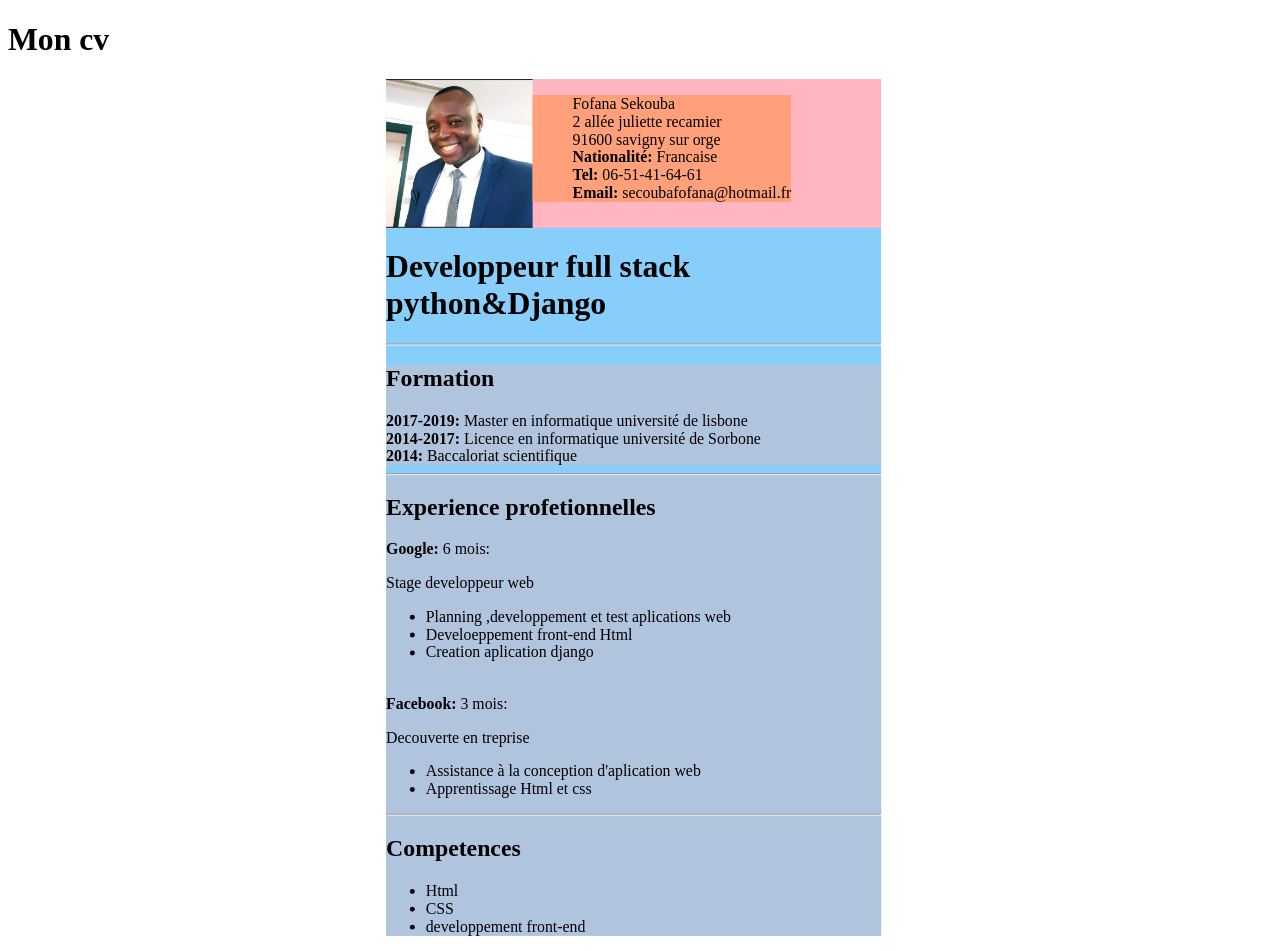
Repository: lamdakara/cv-html
Page: index.html
The author's editor kept a copy of each file at every save. The page is drawn from the files as they stood at one save, then again after the next save.
The browser window is 1280 px wide. The pictures show the whole page, at 99% of full size.
Some web libraries are served in a nearby version.

Above is the page before, as saved 2023-08-26 14:01:09.

### index.html
<!DOCTYPE html>
<html lang="fr">
<head>
    <meta charset="UTF-8">
    <meta name="viewport" content="width=device-width, initial-scale=1.0">
    <title>Cv-html-Sekouba</title>
    <link rel="stylesheet" href="/css/style.css">
    <script src="https://kit.fontawesome.com/30d425bcaa.js" crossorigin="anonymous"></script>
</head>
<body>
    <h1>Mon cv</h1>
    <div class="contenu">
    <div class="details">
        <img src="profil.jpg/1661794008238.jpg" alt="image de profil">
    <ul class="liste-details">
        <li>Fofana Sekouba</li>
        <li>2 allée juliette recamier <br>91600 savigny sur orge </li>
        <li><strong>Nationalité:</strong> Francaise</li>
        <li><strong>Tel:</strong> 06-51-41-64-61</li>
        <li><strong>Email:</strong> secoubafofana@hotmail.fr</li>
    </ul>
</div>
    <!-- titre h1 -->
    <h1>Developpeur full stack  <br> python&Django</h1>

    <hr>
    <div class="cv-section">
    <h2>Formation</h2>
    <strong>2017-2019:</strong>
    <span>Master en informatique université de lisbone</span>

    <br>

    <strong>2014-2017:</strong>
    <span>Licence en informatique université de Sorbone</span>

    <br>

    <strong>2014:</strong>
    <span>Baccaloriat scientifique</span>

    </div>
    <div class="cv-section">
    <hr>
    <div>
    <h2>Experience profetionnelles</h2>
    <strong>Google:</strong>
    <span>6 mois:</span>
    <p>Stage developpeur web</p>
    <ul>
        <li>Planning ,developpement et test aplications web</li>
        <li>Develoeppement front-end Html</li>
        <li>Creation aplication django</li>
    </ul>
    <br>

    </div>

    <strong>Facebook:</strong>
    <span>3 mois:</span>
    <p>Decouverte en treprise</p>
    <ul>
        <li>Assistance à la conception d'aplication web</li>
        <li>Apprentissage Html et css </li>

    </ul>

 <div class="cv-section">
    <hr>

    <h2>Competences</h2>
    <ul>
        <li>Html</li>
        <li>CSS</li>
        <li>developpement front-end</li>
    </ul>
</div>
</div>
</body>
</html>

### css/style.css
.contenu{
    width: 500px;
    margin: 10px auto;
    background-color: lightskyblue;
}

.details{
    background-color:lightpink;
    height: 150px;
}
.details img {
    float: left;

    height: 150px;
}
.liste-details{
    background-color: lightsalmon;
    float: left;
    list-style: none;
}
.cv-section{
    background-color: lightsteelblue;
}

After the next save:
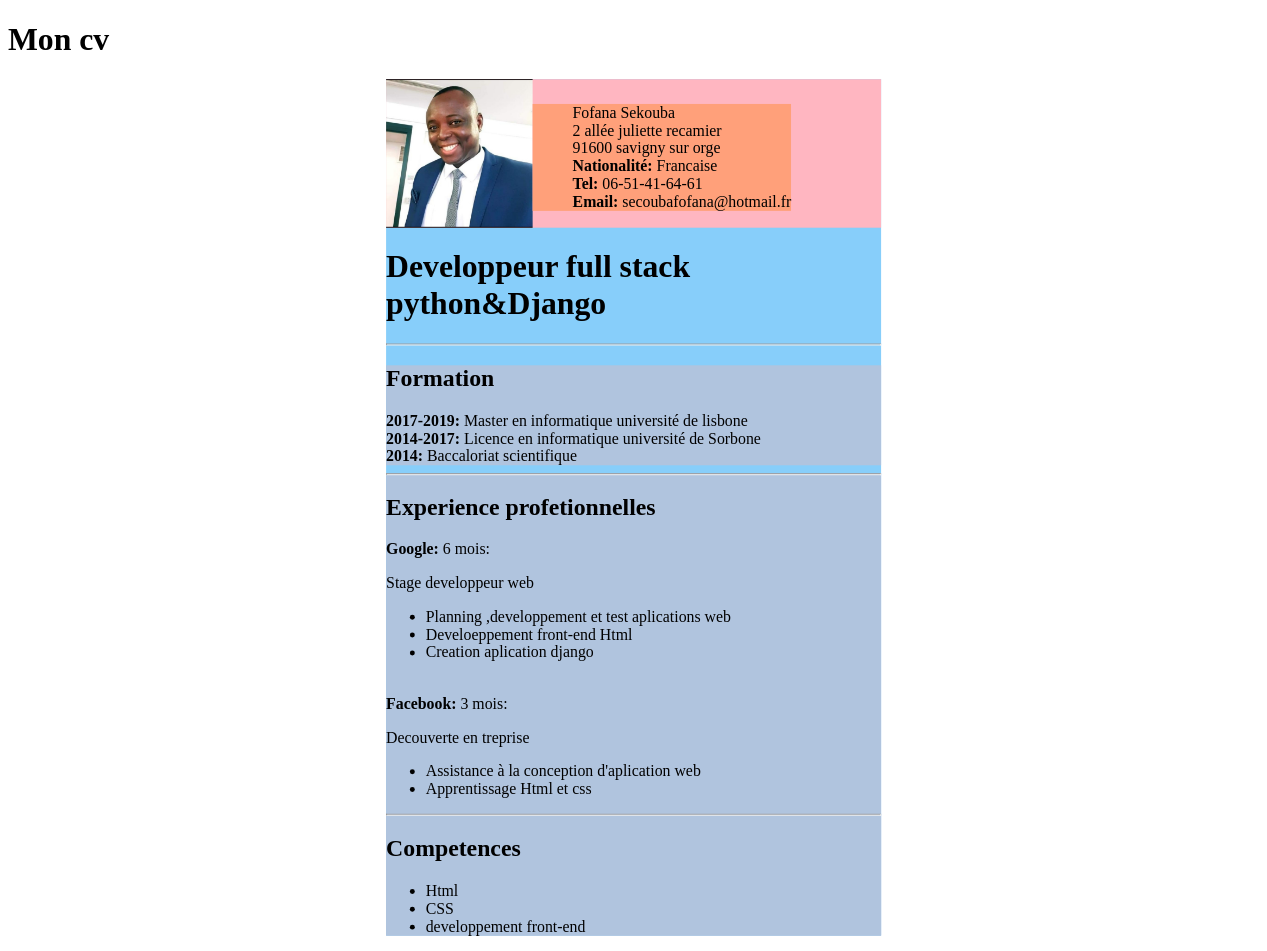
Saved 2 min 1 s later.
--- a/css/style.css
+++ b/css/style.css
@@ -17,6 +17,7 @@
     background-color: lightsalmon;
     float: left;
     list-style: none;
+    margin-top: 25px;
 }
 .cv-section{
     background-color: lightsteelblue;
